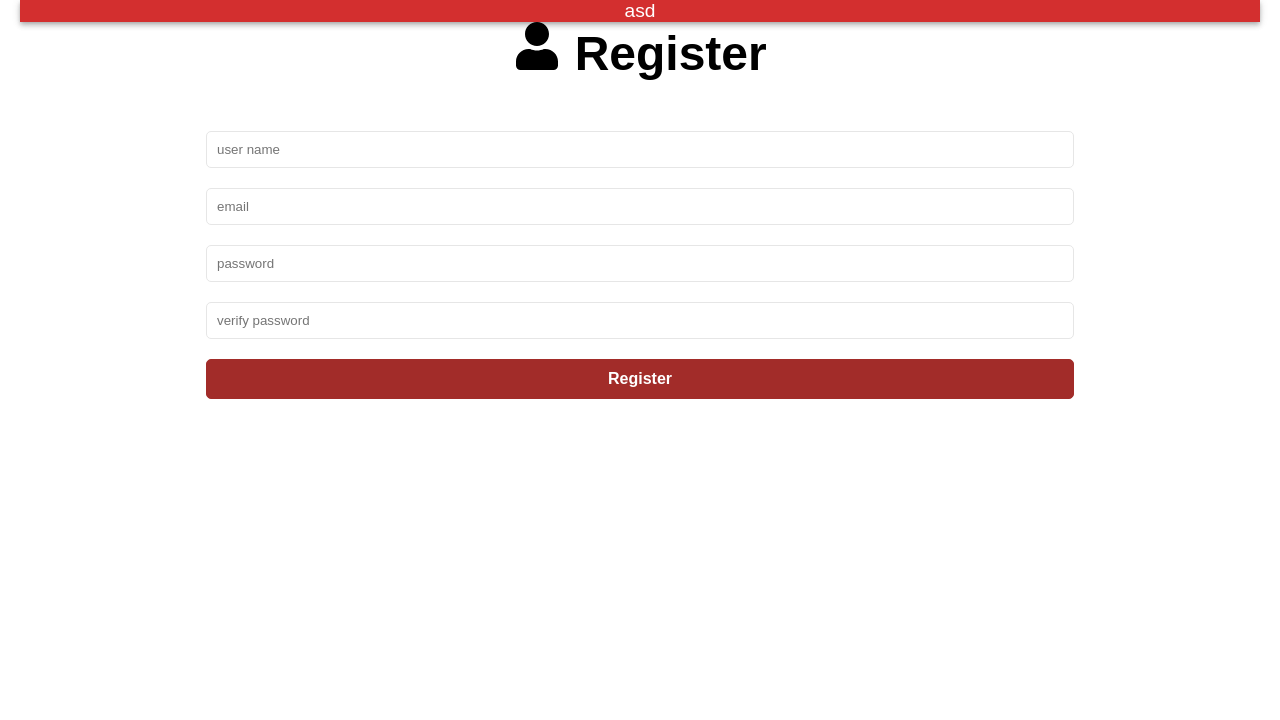
Repository: halilhaninan/MERNSTACK-Note-App
Page: /register (app in frontend/)
An editor plug-in stored every save of this project. The page is shown before and after a run of saves, followed by the edit.
The browser window is 1280 px wide. The pictures show the whole page.
The project was rebuilt for these pictures with package versions that can differ from the ones it lists, and the page was loaded fresh each time. Also part of the build but not shown: frontend/src/Components/NotForm.jsx, frontend/src/Components/Spinner.jsx, frontend/src/Components/Not.jsx, frontend/src/pages/Dashboard.jsx, frontend/src/pages/Login.jsx, frontend/src/features/counter/counterSlice.js, frontend/src/features/counter/counter.js, frontend/src/App.css.

Above is the page before, as saved 2022-09-03 11:00:20.

After the next 2 saves:
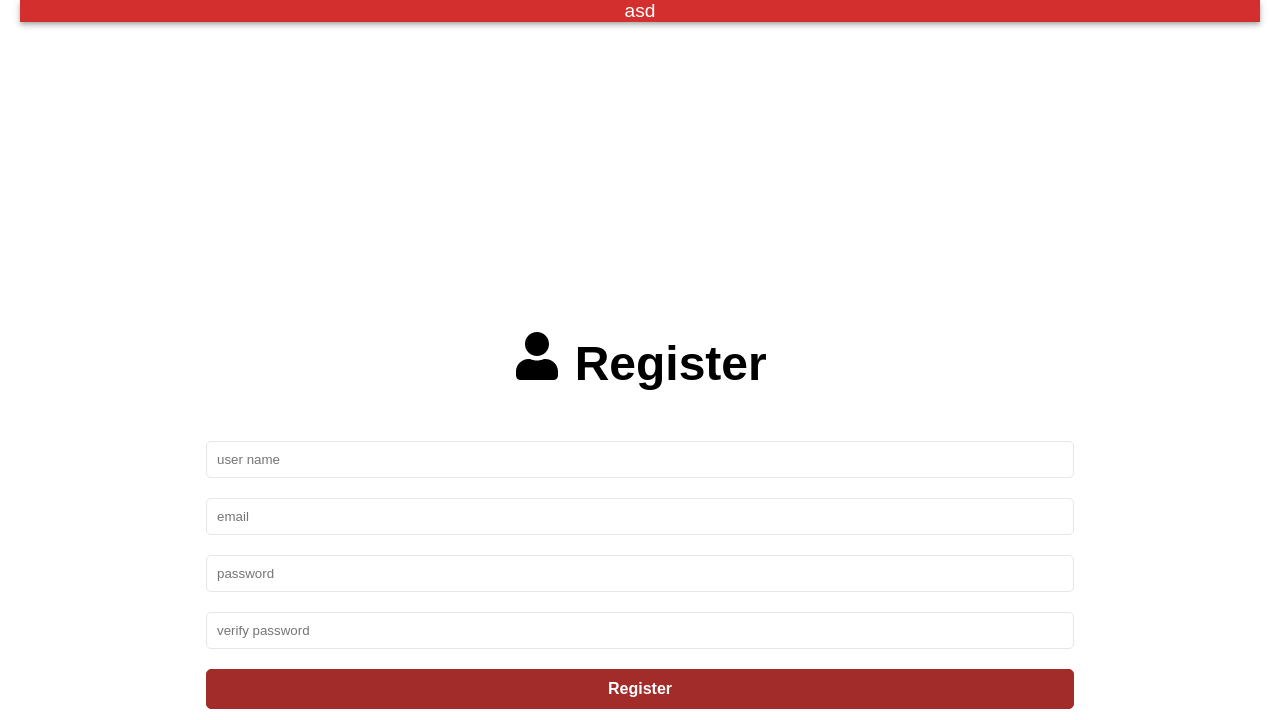
The 2 saves are shown as one change because they came seconds apart.
The last was saved 7 s later.
--- a/frontend/src/Components/Header.jsx
+++ b/frontend/src/Components/Header.jsx
@@ -20,7 +20,7 @@ function Header() {
   };
 
   return (
-    <AppBar position="static" color="error" sx={{ marginBottom: "" }}>
+    <AppBar position="static" color="error" sx={{ marginBottom: "25%" }}>
       asd
     </AppBar>
   );
